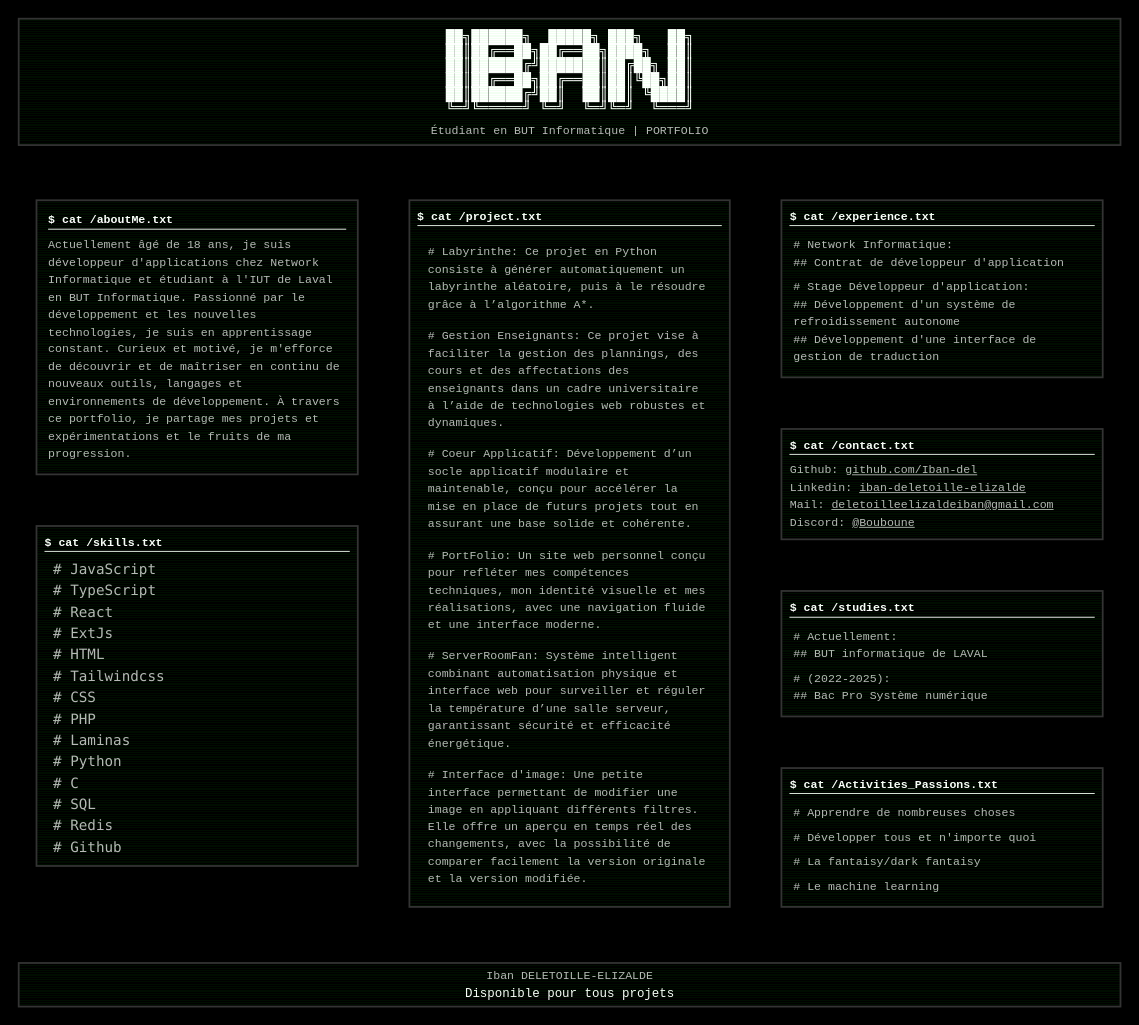
Repository: Iban-del/PortFolio
Page: /
These files come from the project's save history. The page is drawn as it stood at one moment and after the next save; the edit follows.
The browser window is 1280 px wide. The pictures show the whole page, at 89% of full size.
The project was rebuilt for these pictures with package versions that can differ from the ones it lists, and the page was loaded fresh each time. Also part of the build but not shown: vite.config.ts.

Above is the page before, as saved 2025-08-31 10:36:59.

After the next save:
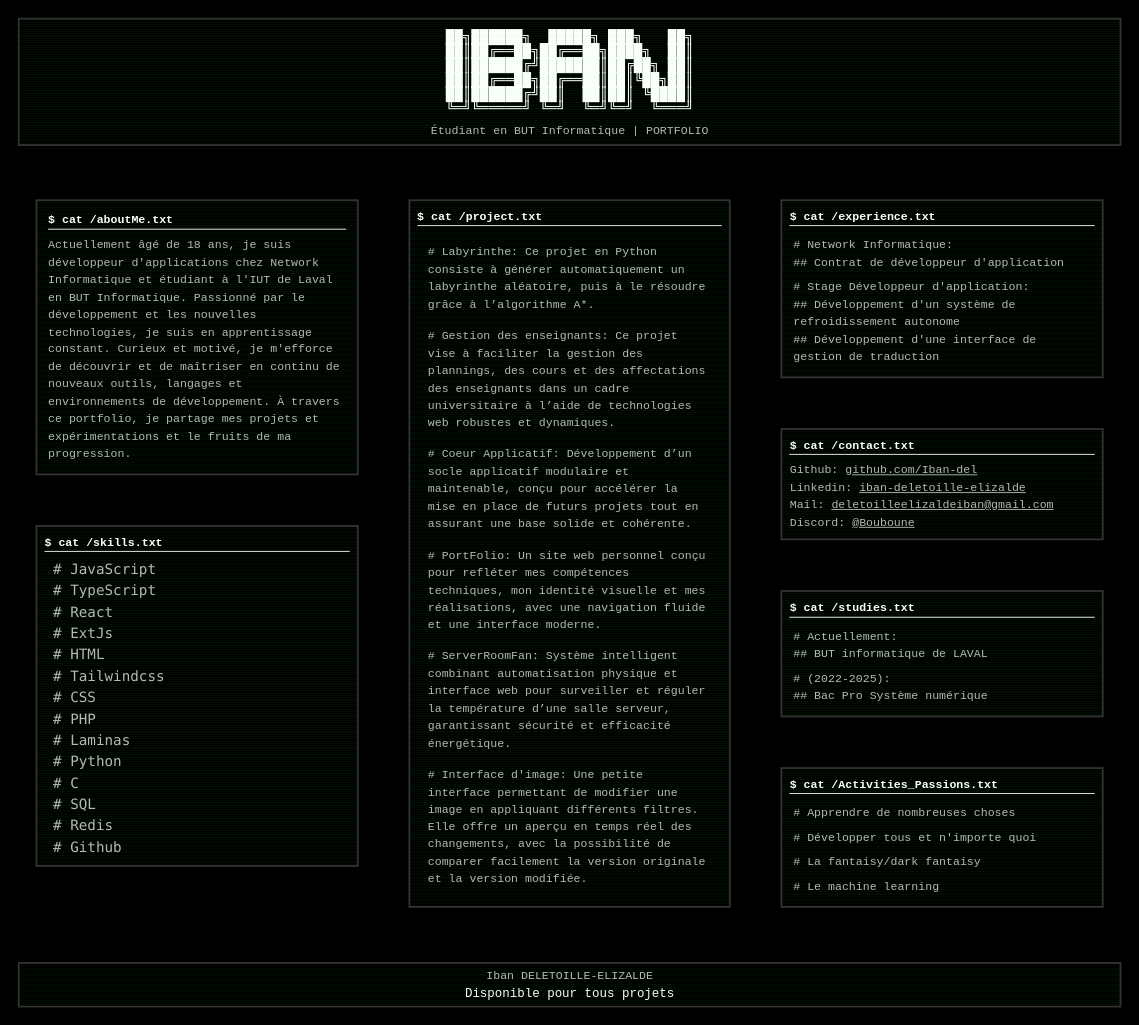
Saved 28 s later.
--- a/src/component/custom/Project.tsx
+++ b/src/component/custom/Project.tsx
@@ -14,7 +14,7 @@ const ProjectList: projectList[] = [
         content: "Ce projet en Python consiste à générer automatiquement un labyrinthe aléatoire, puis à le résoudre grâce à l’algorithme A*."
     },
     {
-        name: "Gestion Enseignants",
+        name: "Gestion des enseignants",
         content: "Ce projet vise à faciliter la gestion des plannings, des cours et des affectations des enseignants dans un cadre universitaire à l’aide de technologies web robustes et dynamiques."
     },
     {
